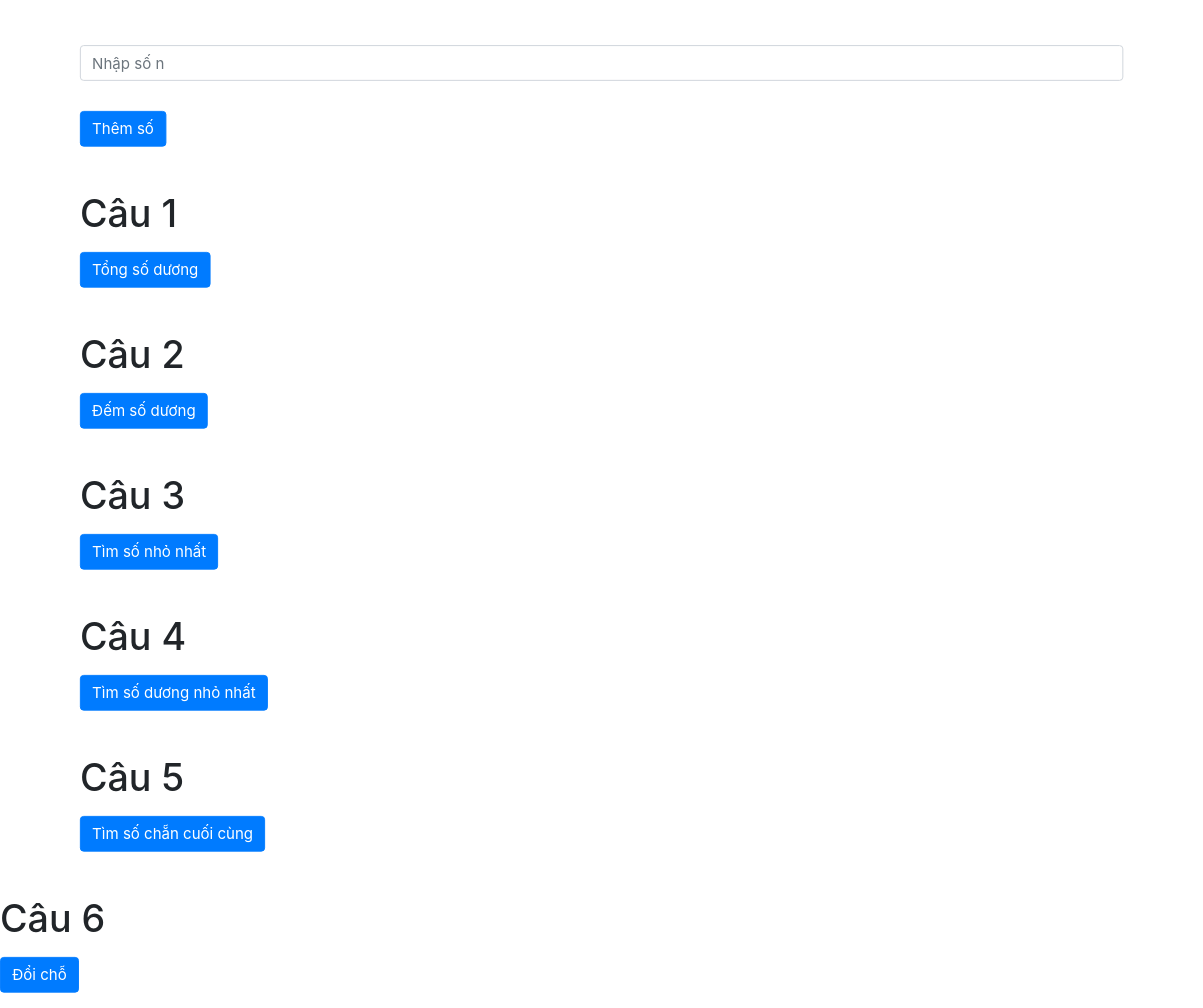
Repository: thanhfrankie/BC10-LeMinhThanh-Js-b7-8
Page: index.html
An editor plug-in stored every save of this project. The page is shown before and after the next save, followed by the edit.
The browser window is 1280 px wide. The pictures show the whole page, at 94% of full size.

Above is the page before, as saved 2023-12-27 22:34:25.

After the next save:
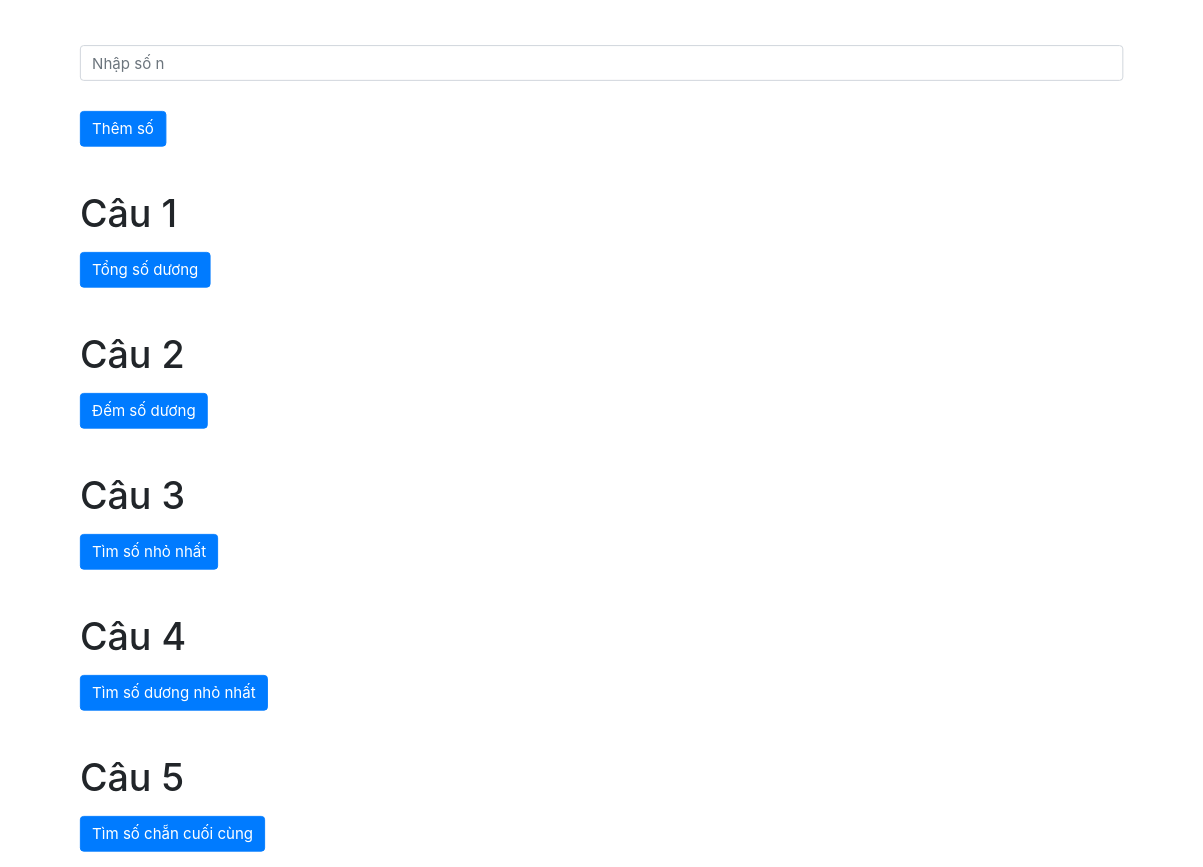
Saved 99 s later.
--- a/index.html
+++ b/index.html
@@ -98,19 +98,7 @@
                  <h2 id="so-chan-cuoi-cung"></h2>
                </div>
                </div>
-                 <!-- Câu 6 -->
-                 <h1 class="mt-5">Câu 6</h1>
-                 <p class="mt-3">
-                     <button class="btn btn-primary" type="button" data-toggle="collapse" data-target="#cau6" aria-expanded="false"
-                             aria-controls="contentId">
-                             Đổi chỗ
-                     </button>
-                   </p>
-                   <div class="collapse" id="cau6">
 
-                     <div class="btn btn-danger" onclick="doiCho()">Đổi chỗ</div>
-                     <h2 id="doi-cho"></h2>
-                   </div>
     </div>
 
 
